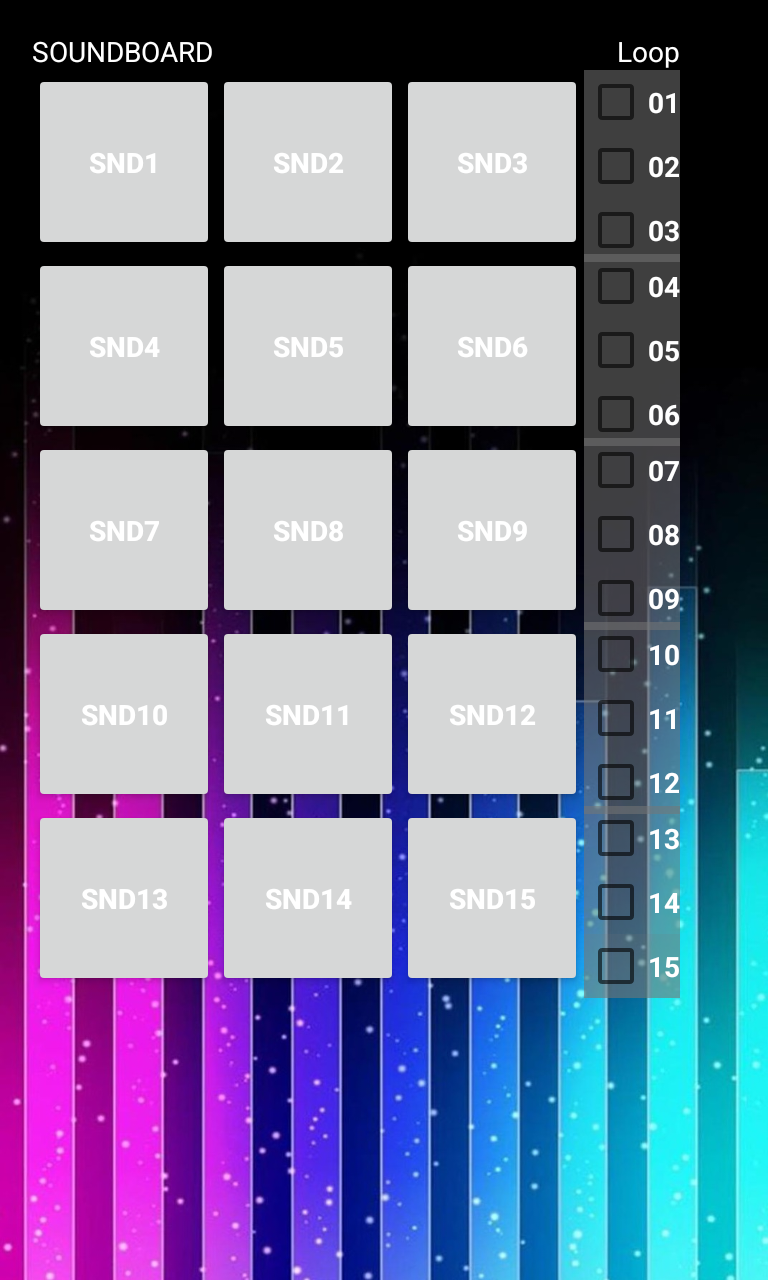
Repository: SoundBoardJAMJ/Project
Layout: workspace/SoundBoard/res/layout/defboard.xml
An editor plug-in stored every save of this project. The layout is shown before and after the next save, followed by the edit.
It is drawn on a 768 x 1280 px phone screen (xhdpi) without system bars, with theme AppTheme; the app's code is not run.

Above is the layout before, as saved 2014-05-02 07:30:59.

After the next save:
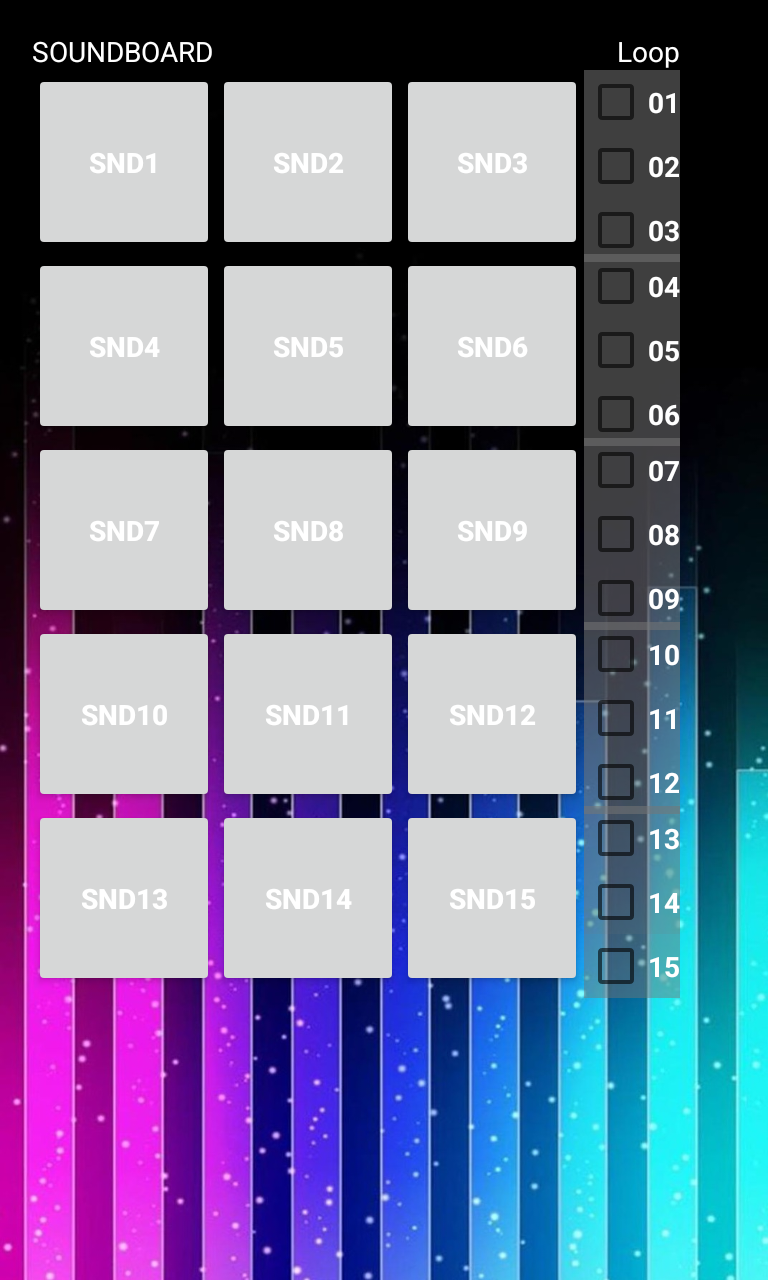
Saved 23 s later.
--- a/workspace/SoundBoard/res/layout/defboard.xml
+++ b/workspace/SoundBoard/res/layout/defboard.xml
@@ -400,7 +400,7 @@ android:layout_height="match_parent" >
         android:textColor="@android:color/white"
         android:alpha="1.0"
         android:textStyle="bold"
-        android:background="#99777777"
+        android:background="#77777777"
         android:text="15" />
 
     <TextView
